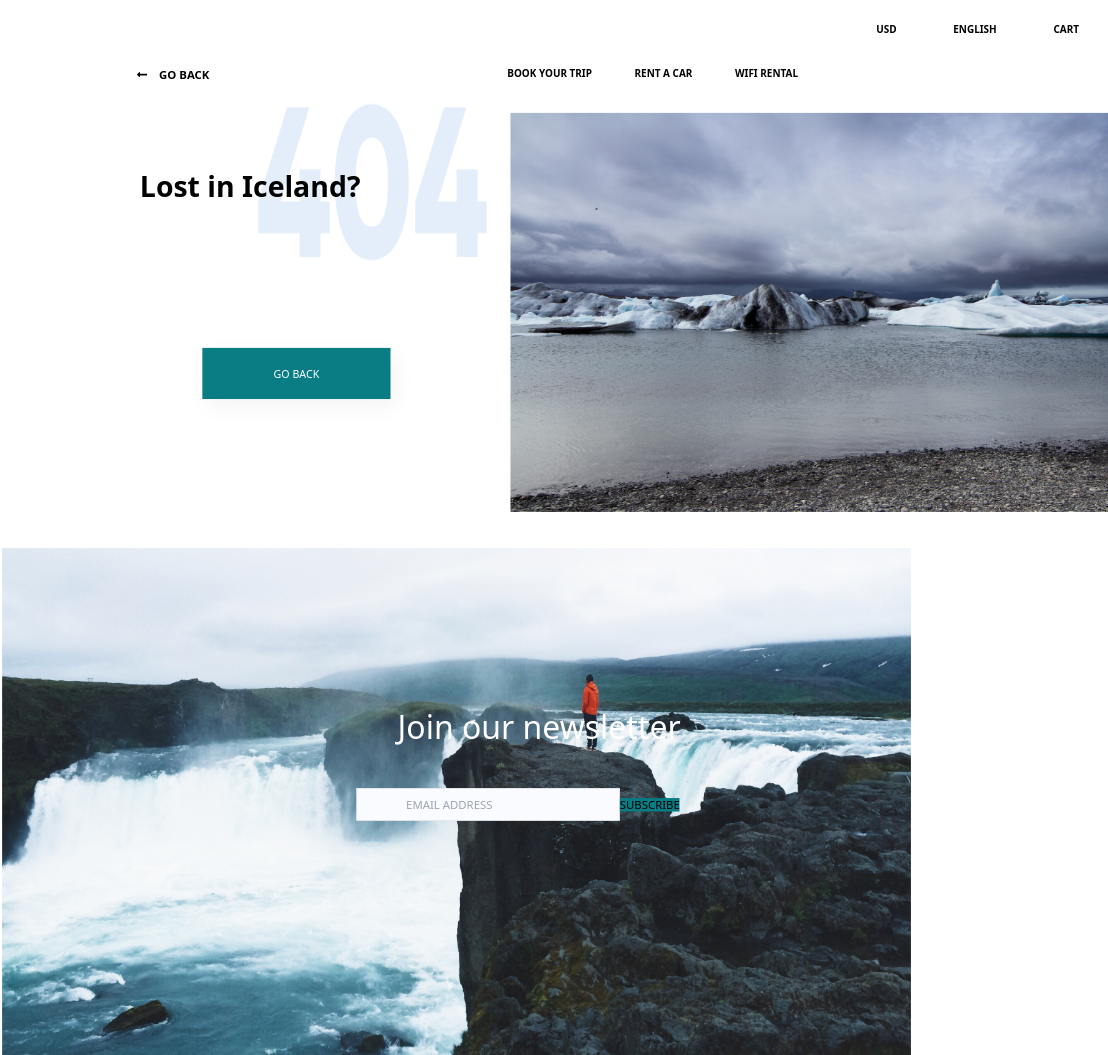
Repository: uh-sman/Iceland
Page: /
An editor plug-in stored every save of this project. The page is shown before and after the next save, followed by the edit.
The browser window is 1280 px wide. The page is 1561 px wide, so the pictures cover 1561 px, including what lies to the right of the window. The pictures show the whole page, at 71% of full size.
The project was rebuilt for these pictures with package versions that can differ from the ones it lists, and the page was loaded fresh each time.

Above is the page before, as saved 2022-09-08 23:17:13.

### src/App.js
import logo from "./logo.svg";
import "./App.css";
import { Topnav } from "./components/Topnav";
import { FullNav } from "./components/FullNav";
import { Body } from "./Body";

function App() {
  return (
    <div className="App">
      <FullNav />
      <Body />
    </div>
  );
}

export default App;

### src/App.css
* {
  margin: 0;
  padding: 0;
  /* scroll-behavior: none; */
}
.custom {
  background: #097c84;
  box-shadow: 7px 10px 30px rgba(0, 0, 0, 0.05);
  line-height: 18.57px;
}
.search {
  padding: 10px 69px;
  background: #f9fbff;
  border: 1px solid #e1e3e9;
  outline: none;
}
.button {
  padding: 10px 69px;
  background: #097c84;
  box-shadow: 7px 10px 30px rgba(0, 0, 0, 0.05);
  /* background: #f9fbff; */
  /* border: 1px solid #e1e3e9; */
}

### src/components/Topnav.js
import React from "react";

export const Topnav = () => {
  return (
    <div className="container w-full py-[31px]">
      <nav className="absolute left-[1234px]">
        <ul className="space-x-20 text-sm font-semibold">
          <a href="">USD</a>
          <a href="">ENGLISH</a>
          <a href="">CART</a>
        </ul>
      </nav>
    </div>
  );
};

### src/components/FullNav.jsx
import React from "react";
import { Bottomnav } from "./Bottomnav";
import { Hero } from "./Hero";
import { Newsletter } from "./Newsletter";
import { Topnav } from "./Topnav";

export const FullNav = () => {
  return (
    <div>
      <Topnav />
      <Bottomnav />
      <Hero />
      <div className="h-[51px]">{/* <Newsletter /> */}</div>
    </div>
  );
};

### src/Body.js
import React from "react";
import { Newsletter } from "./components/Newsletter";

export const Body = () => {
  return (
    <div>
      <Newsletter />
    </div>
  );
};

### src/components/Bottomnav.js
import React from "react";
import { FaLongArrowAltLeft } from "react-icons/fa";
export const Bottomnav = () => {
  return (
    <nav className="container w-full">
      <div className="py-[31px]">
        <div className="container">
          <h1 className="flex items-center gap-4 absolute left-[192px]">
            <FaLongArrowAltLeft />
            <a className=" cursor-pointer font-semibold text-md">GO BACK</a>
          </h1>
        </div>
        <div className="container">
          <div className="absolute right-[156px]">
            <ul className="space-x-[60px] text-sm font-semibold cursor-pointer">
              <a>BOOK YOUR TRIP</a>
              <a>RENT A CAR</a>
              <a>WIFI RENTAL</a>
            </ul>
          </div>
        </div>
      </div>
    </nav>
  );
};

### src/components/Hero.js
import React from "react";
import four from "../Assets/404.png";
import img from "../Assets/404 background 1.png";
import { Button } from "./Button";
export const Hero = () => {
  return (
    <div>
      <div className="container">
        <img
          src={four}
          className="absolute left-[363px] top-[146px] h-[221px] w-[323px]"
        />
      </div>
      <div className="container inset-3">
        <h1 className="font-semibold text-[40px] absolute left-[197px] top-[232px] ">
          Lost in Iceland?
        </h1>
      </div>
      <div className="container">
        <img
          src={img}
          className="absolute left-[719px] top-[159px] w-[842px] h-[562px]"
        />
      </div>
      <Button />
    </div>
  );
};

### src/components/Newsletter.js
import React from "react";
import adventure from "../Assets/adventure-makes-things-meaningful_t20_Vo0aX3 1.png";
export const Newsletter = () => {
  return (
    <div>
      <div className="container">
        <img
          src={adventure}
          className="absolute w-[1440px] h-[714px] left-[3px]
          top-[772px]"
        />
        <div className="container">
          <h1 className="text-[45px] font-[600px] absolute top-[990px] left-[560px] text-white">
            Join our newsletter
          </h1>
        </div>
        <div>
          <div className="absolute top-[1110px] w-[499px] h-[57px] left-[502px] box-border">
            <input
              placeholder="EMAIL ADDRESS"
              type="email"
              className="search"
            />
            <button className="custom">SUBSCRIBE</button>
          </div>
        </div>
      </div>
    </div>
  );
};

### src/components/Button.js
import React from "react";

export const Button = () => {
  return (
    <div>
      <div>
        <button className="absolute w-[265px] h-[72px] left-[285px] top-[490px] custom font-[700px] text-white text-[15px]">
          GO BACK
        </button>
      </div>
    </div>
  );
};

### tailwind.config.js
/** @type {import('tailwindcss').Config} */
module.exports = {
  content: ["./src/**/*.{html,js,jsx}"],
  theme: {
    screens: {
      sm: "480px",
      md: "768px",
      lg: "976px",
      xl: "1440px",
    },
    extend: {},
  },
  plugins: [],
};

Loaded but not shown: public/index.html (common file); src/index.js (common file); src/index.css (common file)

After the next save:
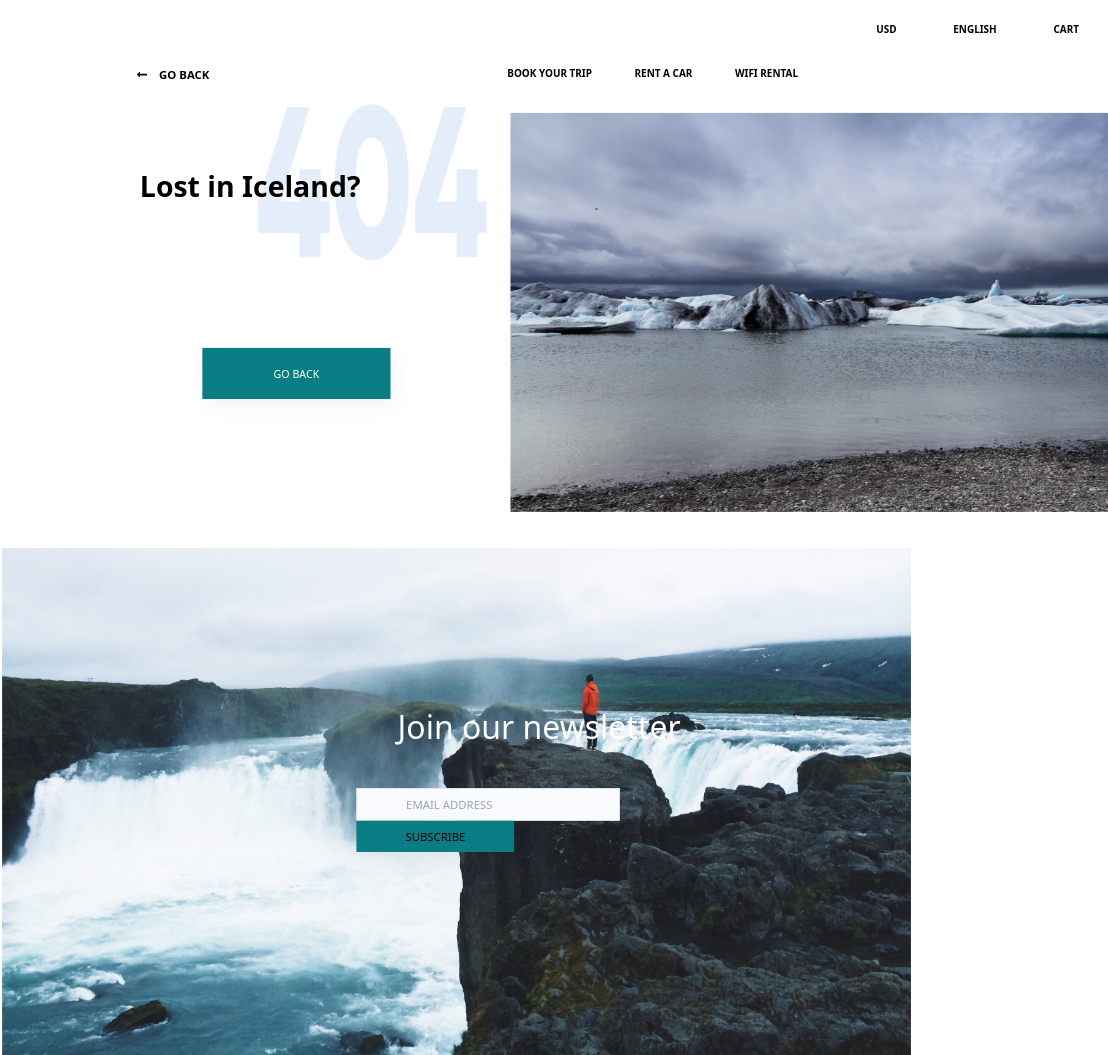
Saved 9 s later.
--- a/src/components/Newsletter.js
+++ b/src/components/Newsletter.js
@@ -21,7 +21,7 @@ export const Newsletter = () => {
               type="email"
               className="search"
             />
-            <button className="custom">SUBSCRIBE</button>
+            <button className="button">SUBSCRIBE</button>
           </div>
         </div>
       </div>
